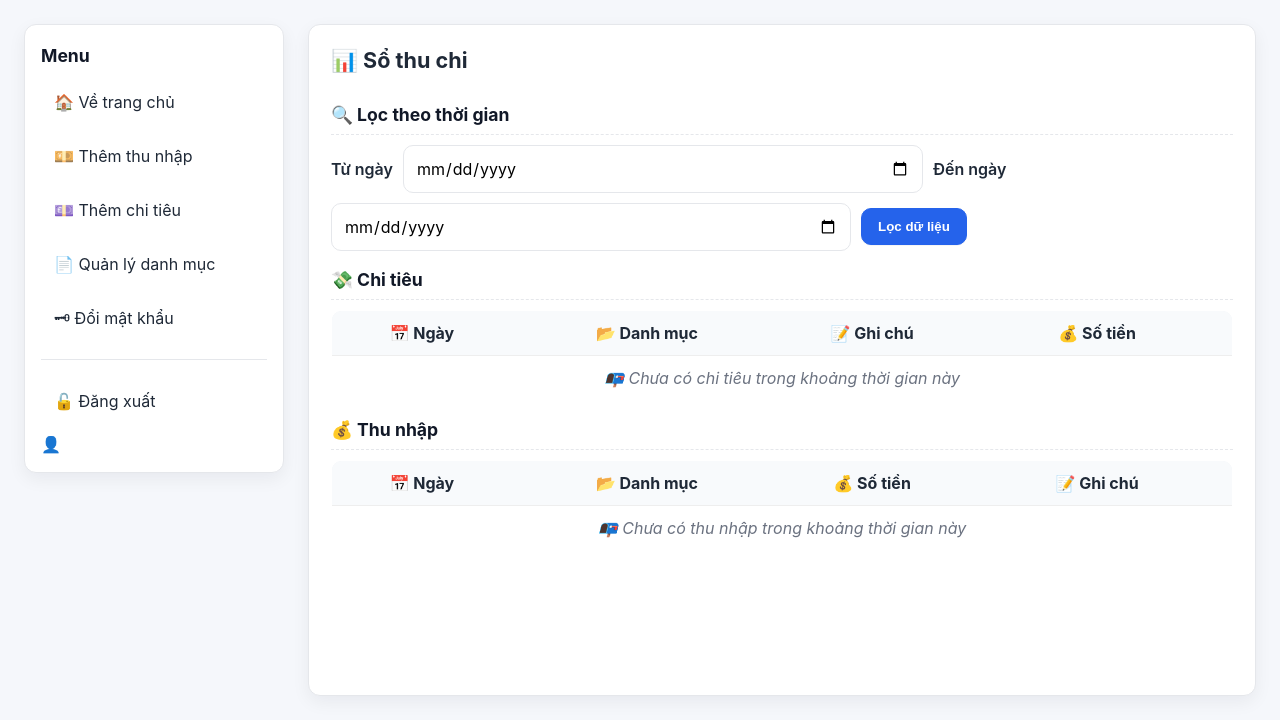
Repository: minhtvpy00202-git/KyThuatPhanMem_PY00202_MinhTV
Page: http://localhost/MiniExpense/WEB-INF/views/home.jsp
An editor plug-in stored every save of this project. The page is shown before and after a run of saves, followed by the edit.
The browser window is 1280 px wide. The pictures show the whole page.
The page is served by Tomcat 10. Nobody is signed in. The template is opened directly, without the code that normally fills it, so the values that code supplies are empty.

Above is the page before, as saved 2025-10-17 20:26:02.

After the next 2 saves:
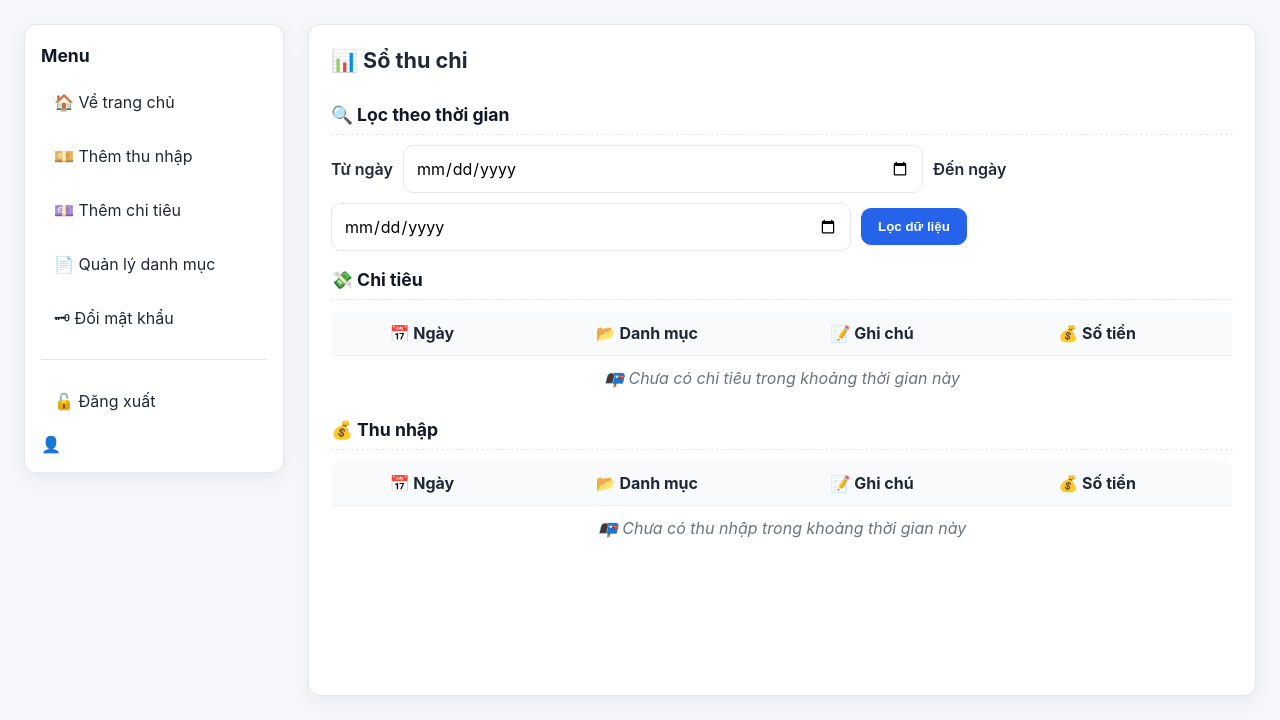
The 2 saves are shown as one change because they came seconds apart.
The last was saved 28 s later.
--- a/Source code/MiniExpense/src/main/webapp/WEB-INF/views/partials/home-body.jsp
+++ b/Source code/MiniExpense/src/main/webapp/WEB-INF/views/partials/home-body.jsp
@@ -62,8 +62,9 @@
 			<tr>
 				<th>📅 Ngày</th>
 				<th>📂 Danh mục</th>
-				<th class="right">💰 Số tiền</th>
 				<th>📝 Ghi chú</th>
+				<th>💰 Số tiền</th>
+
 			</tr>
 		</thead>
 		<tbody>
